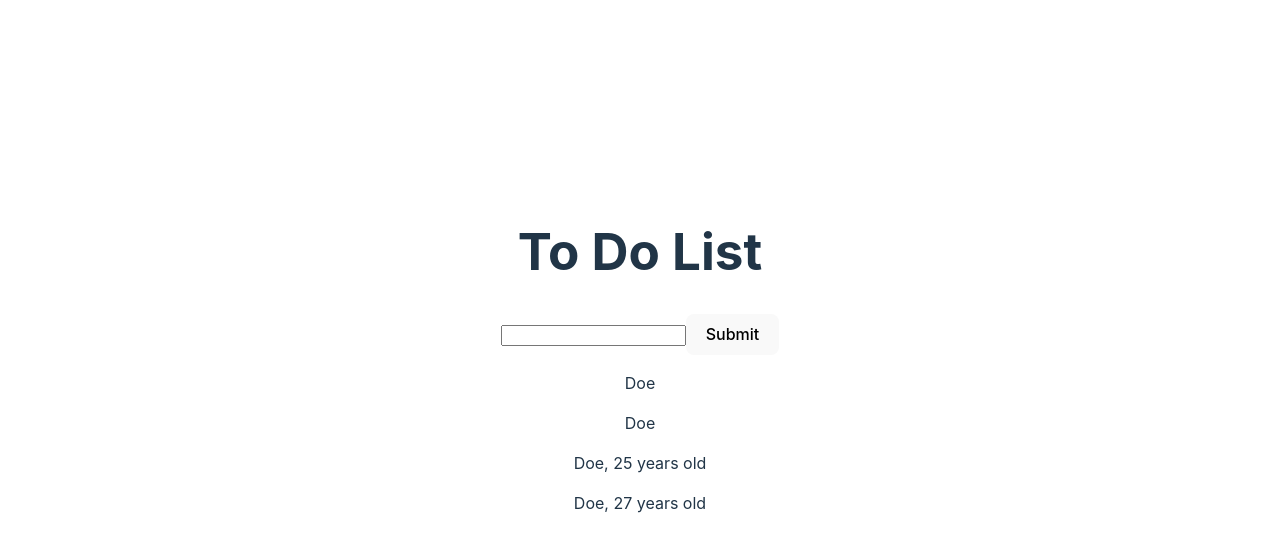
Repository: Jennica1/FRONT_END_WEEK06
Page: / (app in react/)
The author's editor kept a copy of each file at every save. The page is drawn from the files as they stood at one save, then again after the next save.
The browser window is 1280 px wide. The pictures show the whole page.
The project was rebuilt for these pictures with package versions that can differ from the ones it lists, and the page was loaded fresh each time. Also part of the build but not shown: react/vite.config.js.

Above is the page before, as saved 2024-10-10 12:32:01.

### react/src/App.jsx
import { useState } from 'react';
import reactLogo from './assets/react.svg';
import viteLogo from '/vite.svg';
import TaskForm from './components/TaskForm';
import './App.css';


function App() {

  return (
    <>
     <TaskForm/>
    </>
  )
}

export default App

### react/src/components/TaskForm.jsx
import { useState } from 'react'
//renders an input box and a button for creating new tasks.
//Decide where the shared state should live. This is where you would also want to define the functions for updating the app state, including:

//a function for toggling the complete status of a task
//a function for adding a new task
//a function for deleting a task


const data = [
  {
    id: 1,
    lastName: 'Doe',
    age: 25
  },
  {
    id: 2,
    lastName: 'Doe',
    age: 27
  },
]
function TaskForm() {

  const [name, setName] = useState('John Doe');
  const [tasks, setTasks] = useState(data);

  const [taskData, settaskData] = useState({
    firstName: '',
    lastName: '',
    age: 0,
  });

  const studentListUI = tasks.map((student, index) => <p key={index}>{student.lastName}, {student.age} years old</p>
  );

  const newListUI = tasks.map((student, index) => <p key={index}>{student.lastName}</p>
);


  function handleSubmit(e) {
    e.preventDefault();
    const formData = new formData(e.target); //e.target == form
    name == formData.get('name');

    setName(formData.get(name));
    console.log(name);
  }

  function handleChange(e) {
    setName(e.target.value);

  }

  function handleFirstName(e) {
    settaskData({ ...taskData, firstName: e.target.value })
  };

  function handleAddTask(e) {
    e.preventDefault();
    setTasks([...tasks, taskData]);
  }

  return (
    <>
      <h1>To Do List</h1>
      <form onSubmit={handleAddTask}>

        <input type='text' value={taskData.lastName}
          onChange={(e) => settaskData({ ...taskData, lastName: e.target.value })} />

        <button>Submit</button>
      </form>
      {newListUI}
      {studentListUI}

    </>
  )
}

export default TaskForm

Loaded but not shown: react/index.html (common file); react/src/main.jsx (common file); react/src/index.css (common file); react/src/App.css (common file)

After the next save:
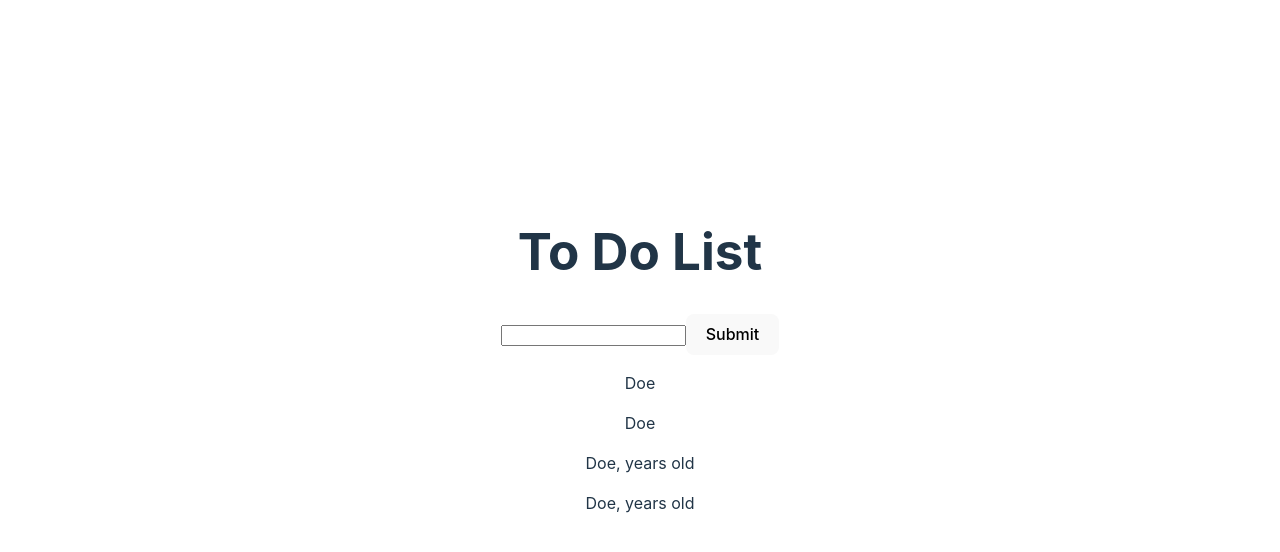
Saved 17 s later.
--- a/react/src/components/TaskForm.jsx
+++ b/react/src/components/TaskForm.jsx
@@ -10,13 +10,12 @@ import { useState } from 'react'
 const data = [
   {
     id: 1,
-    lastName: 'Doe',
-    age: 25
+    lastName: 'Doe'
   },
   {
     id: 2,
-    lastName: 'Doe',
-    age: 27
+    lastName: 'Doe'
+
   },
 ]
 function TaskForm() {
